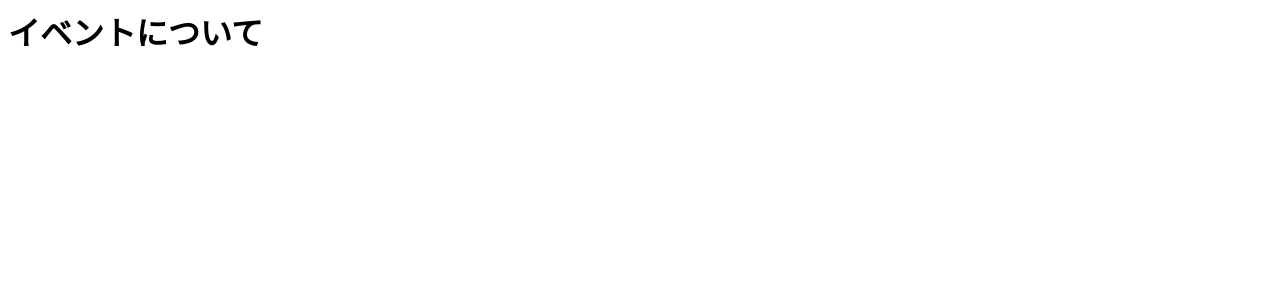
Repository: ghevp/LEGO-club
Page: http://localhost/page/about_us.php
The author's editor kept a copy of each file at every save. The page is drawn from the files as they stood at one save, then again after the next save.
The browser window is 1280 px wide. The pictures show the whole page.
The page is run by PHP 8.4 with error messages shown; the project is at /var/www/html/.

Above is the page before, as saved 2022-11-11 17:42:45.

After the next save:
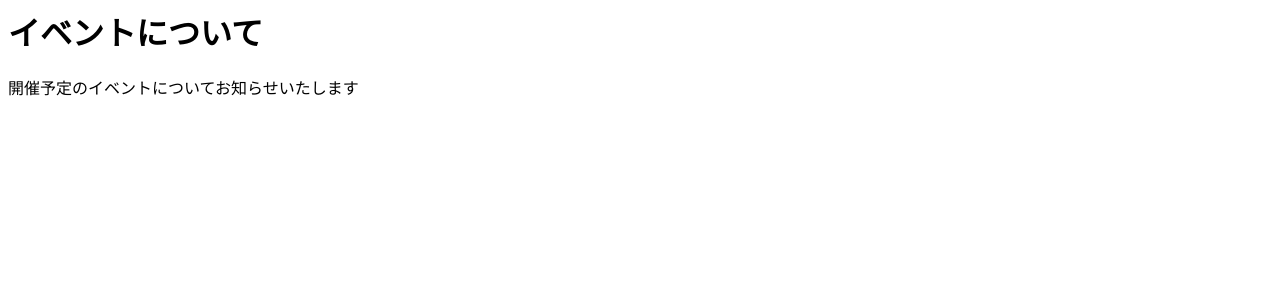
Saved 9 s later.
--- a/page/about_us.php
+++ b/page/about_us.php
@@ -1,5 +1,5 @@
 <main class="main">
     <h1>イベントについて</h1>
-    <p></p>
+    <p>開催予定のイベントについてお知らせいたします</p>
 
 </main>
